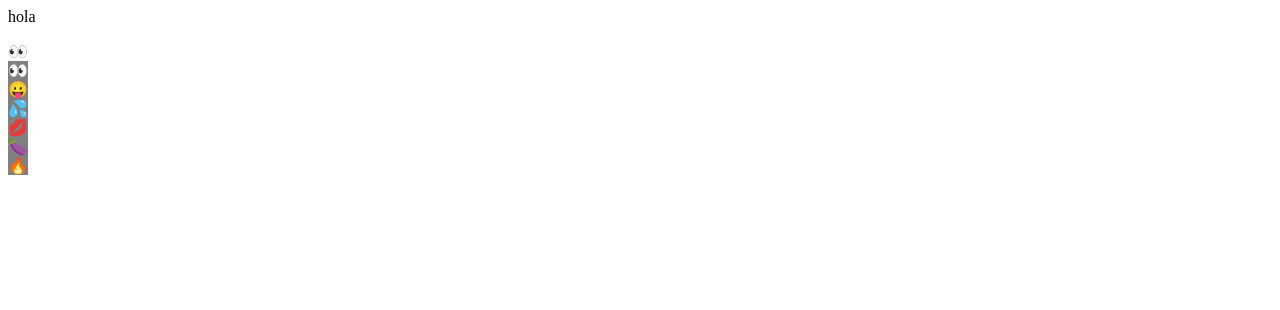
Repository: gabrielardevol/portfolio-react
Page: javascript_domestika/exercici_memory/exercici/html.html
These files come from the project's save history. The page is drawn as it stood at one moment and after the next save; the edit follows.
The browser window is 1280 px wide. The pictures show the whole page.

Above is the page before, as saved 2022-12-21 13:07:27.

After the next save:
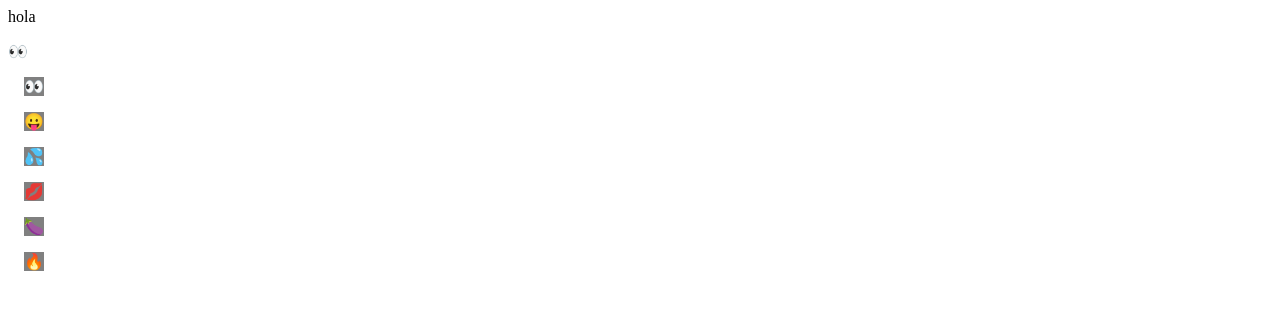
Saved 11 s later.
--- a/javascript_domestika/exercici_memory/exercici/html.html
+++ b/javascript_domestika/exercici_memory/exercici/html.html
@@ -4,6 +4,7 @@
   .carta {
     background-color: grey;
     width: fit-content;
+    margin: 1em;
   }
   </style>
 </head>
